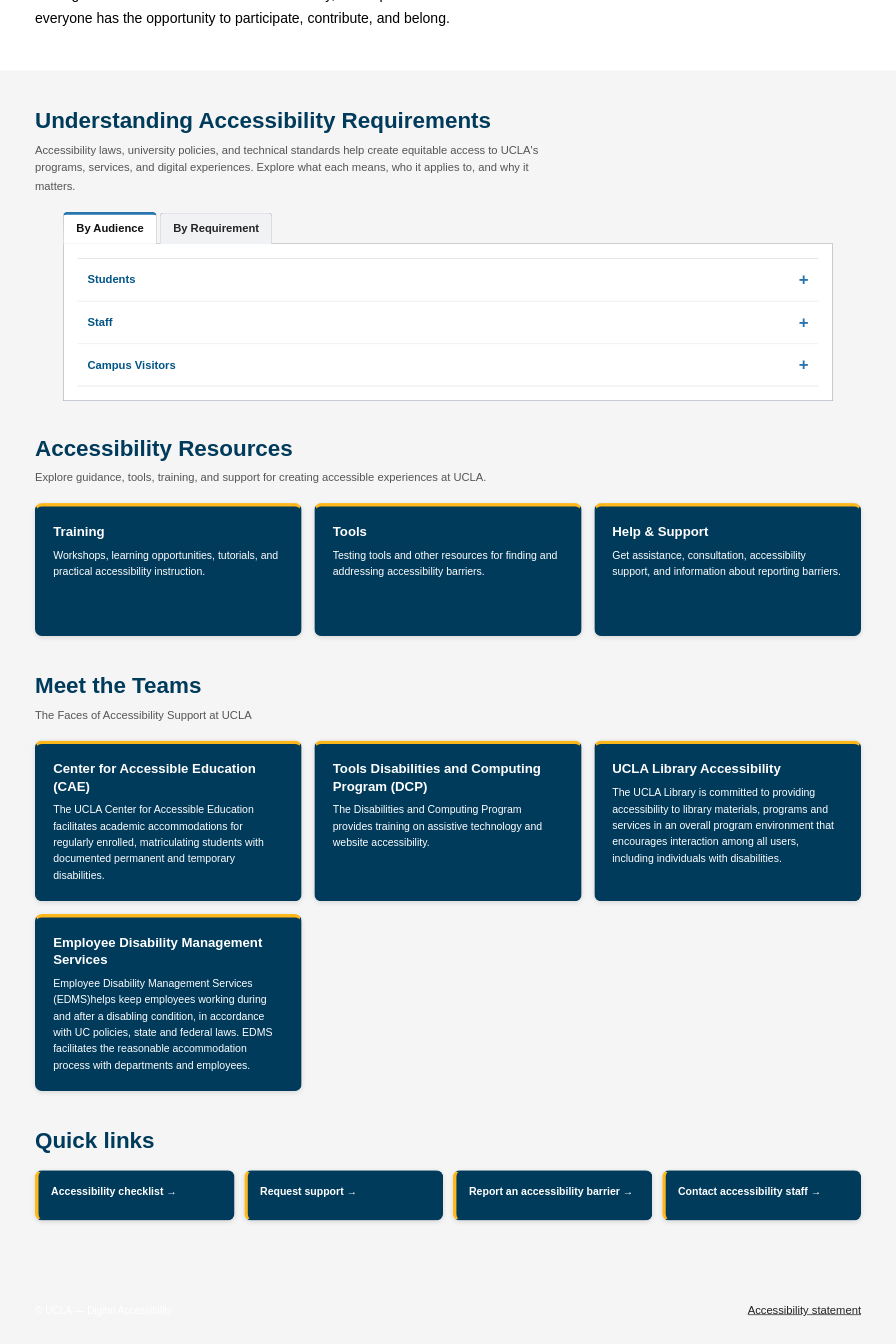
Repository: PSunnywell/UCLA-A11y-barrier-page
Page: index_tabs_with_accordions.html
An editor plug-in stored every save of this project. The page is shown before and after the next save, followed by the edit.
The browser window is 1280 px wide. The pictures show the part of the page from y = 684 to 2604 px (the page is 2604 px tall), at 70% of full size.

Above is the page before, as saved 2026-10-13 17:20:10.
Not found: search.js

After the next save:
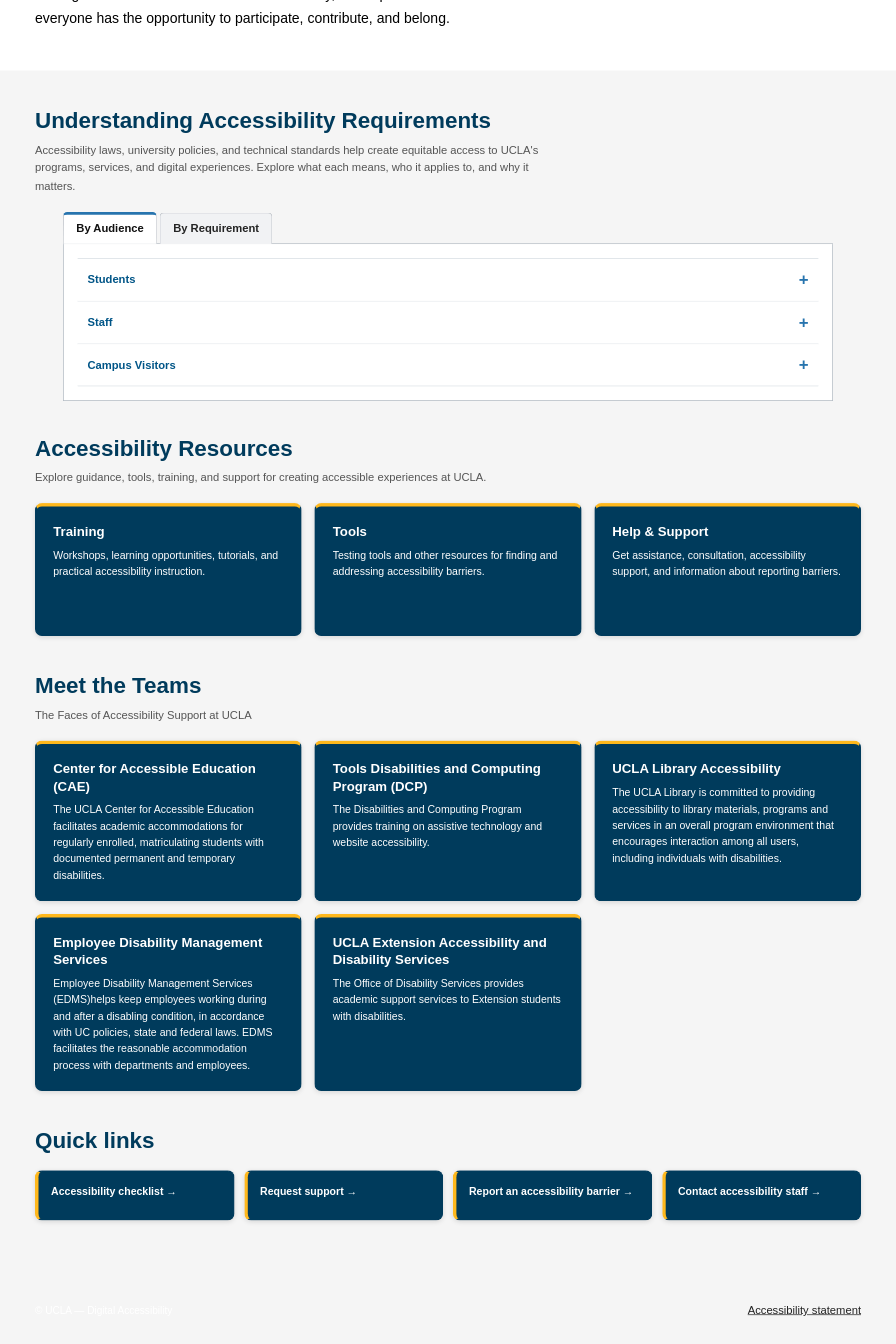
Saved 82 s later.
--- a/index_tabs_with_accordions.html
+++ b/index_tabs_with_accordions.html
@@ -275,6 +275,19 @@
           </p>
         </a>
 
+         <!-- CARD 5 -->
+        <a
+          class="resource-card is-dark"
+          href="ext.html" >
+          <h3>UCLA Extension Accessibility and Disability Services
+          </h3>
+
+          <p>
+            The Office of Disability Services provides academic support services to Extension students with disabilities.
+          </p>
+        </a>
+
+
       </div>
 
     </section>
